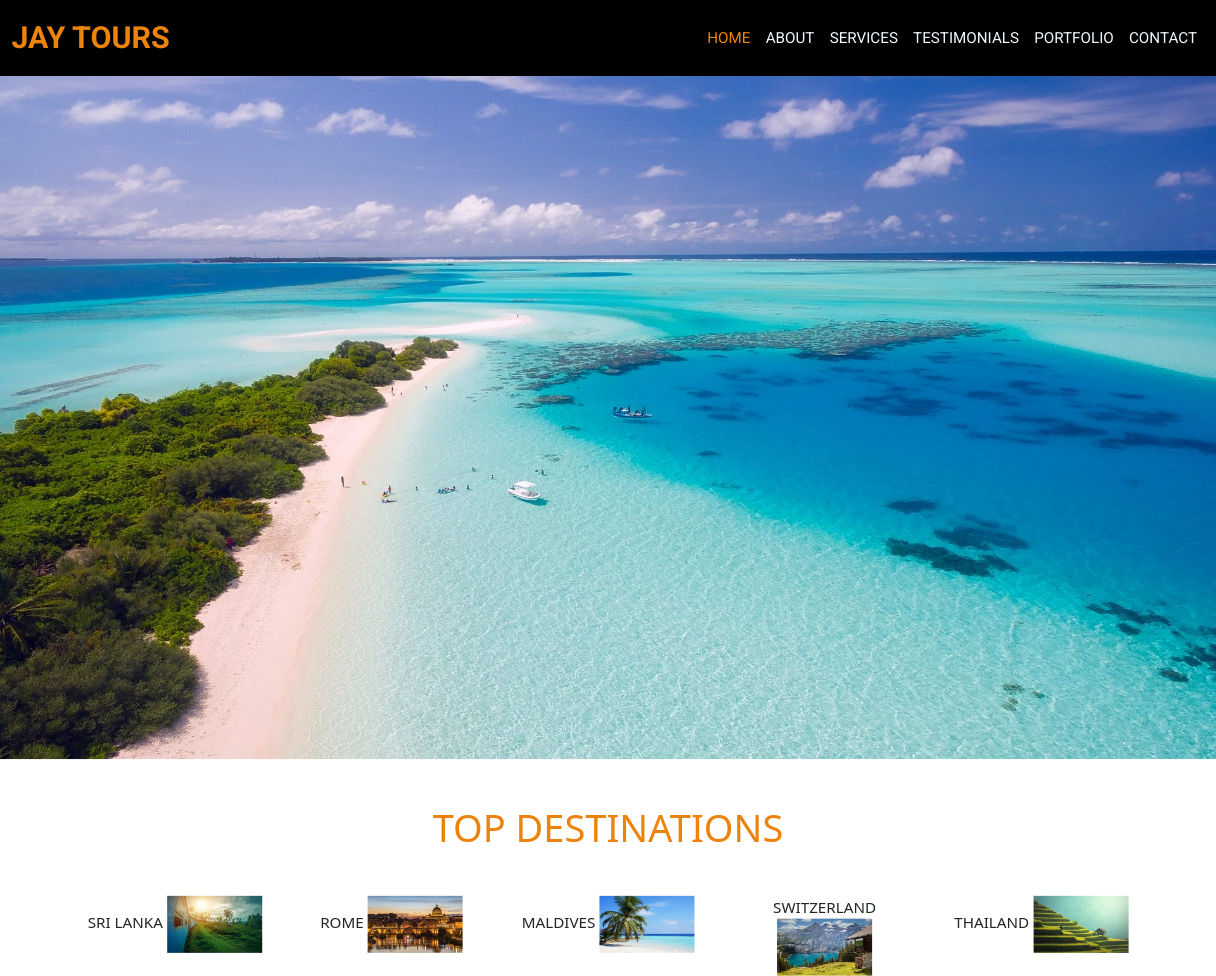
Repository: kasundiudn/Jay-Travel
Page: index.html
These files come from the project's save history. The page is drawn as it stood at one moment and after a run of saves; the edit follows.
The browser window is 1280 px wide. The pictures show the whole page, at 95% of full size.

Above is the page before, as saved 2025-06-26 10:30:42.

After the next 3 saves:
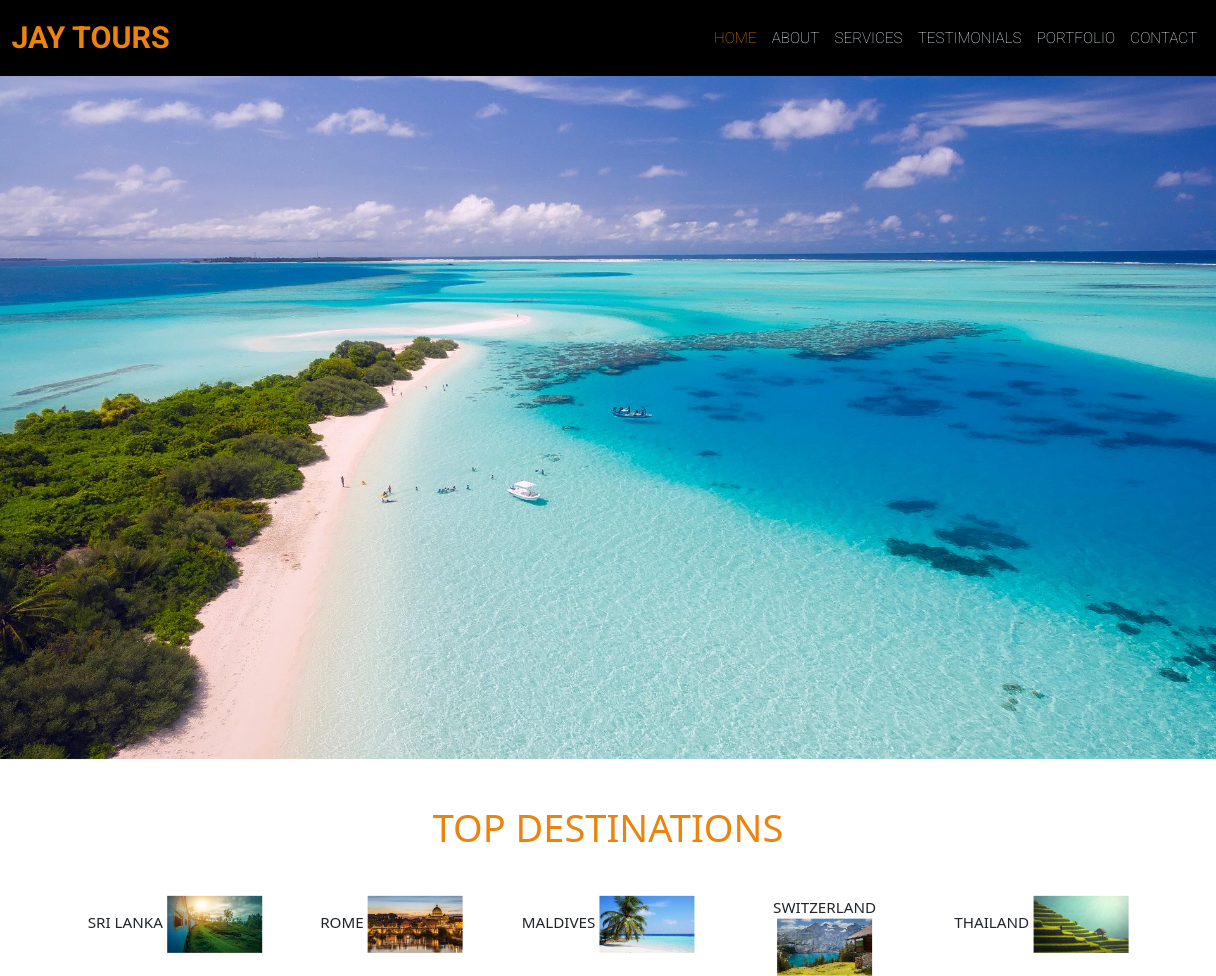
The 3 saves are shown as one change because they came seconds apart.
The last was saved 13 s later.
--- a/index.html
+++ b/index.html
@@ -14,7 +14,9 @@
     .nav-link{
         color: aliceblue;
     }
-    body{}
+    body{
+        font-weight: lighter;
+    }
 
   </style>
   </head>

After the 3 saves that followed:
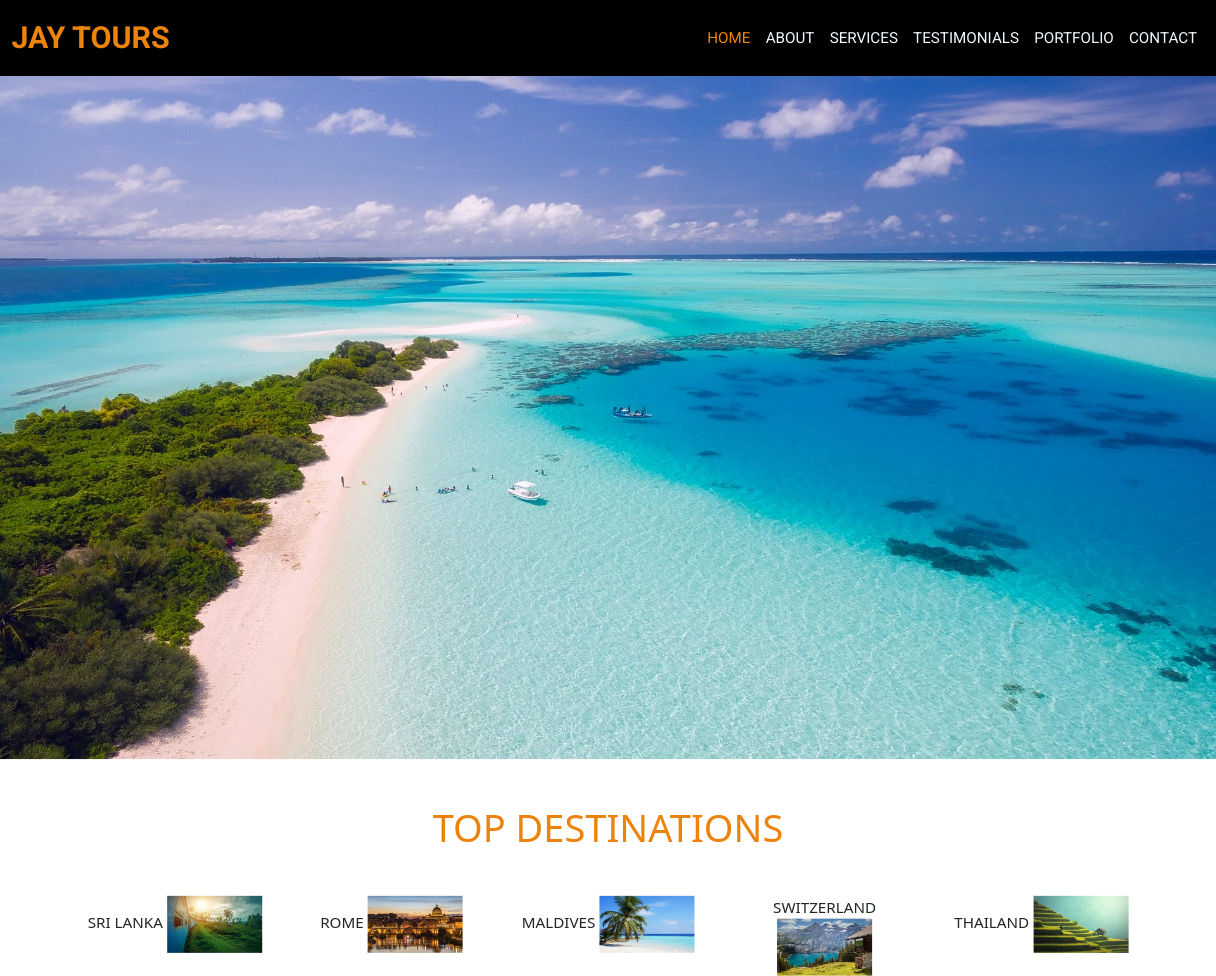
The 3 saves are shown as one change because 1 left the picture as it was and some came seconds apart.
The last was saved 30 s later.
--- a/index.html
+++ b/index.html
@@ -4,6 +4,9 @@
     <meta charset="utf-8">
     <meta name="viewport" content="width=device-width, initial-scale=1">
     <title>Bootstrap demo</title>
+    <link rel="preconnect" href="https://fonts.googleapis.com">
+<link rel="preconnect" href="https://fonts.gstatic.com" crossorigin>
+<link href="https://fonts.googleapis.com/css2?family=Montserrat:ital,wght@0,100..900;1,100..900&family=Roboto:ital,wght@0,100..900;1,100..900&display=swap" rel="stylesheet">
     <link rel="preconnect" href="https://fonts.googleapis.com">
     <link rel="preconnect" href="https://fonts.gstatic.com" crossorigin>
     <link href="https://fonts.googleapis.com/css2?family=Roboto:ital,wght@0,100..900;1,100..900&display=swap" rel="stylesheet">
@@ -15,7 +18,7 @@
         color: aliceblue;
     }
     body{
-        font-weight: lighter;
+        ;
     }
 
   </style>
